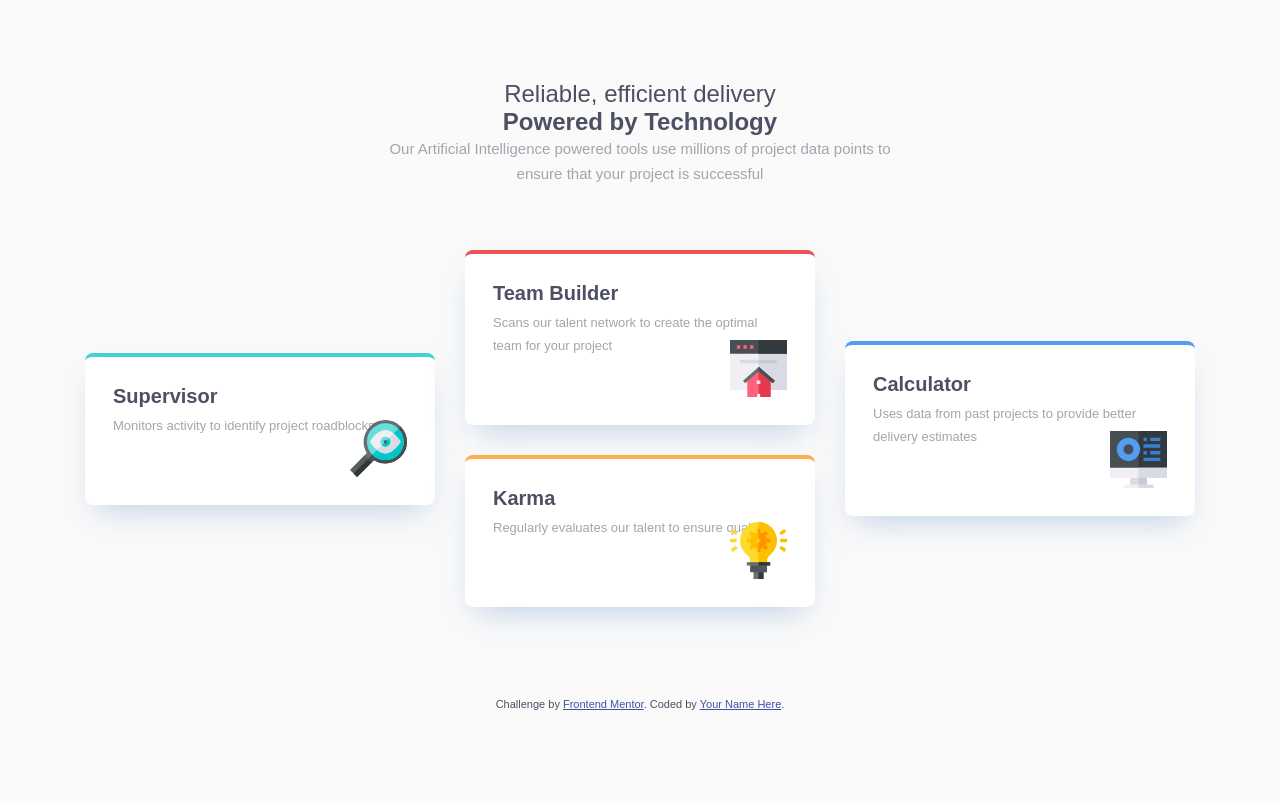
Repository: AngelaMwelu/four-card-page
Page: index.html
These files come from the project's save history. The page is drawn as it stood at one moment and after the next save; the edit follows.
The browser window is 1280 px wide. The pictures show the whole page.

Above is the page before, as saved 2025-05-21 09:55:17.

After the next save:
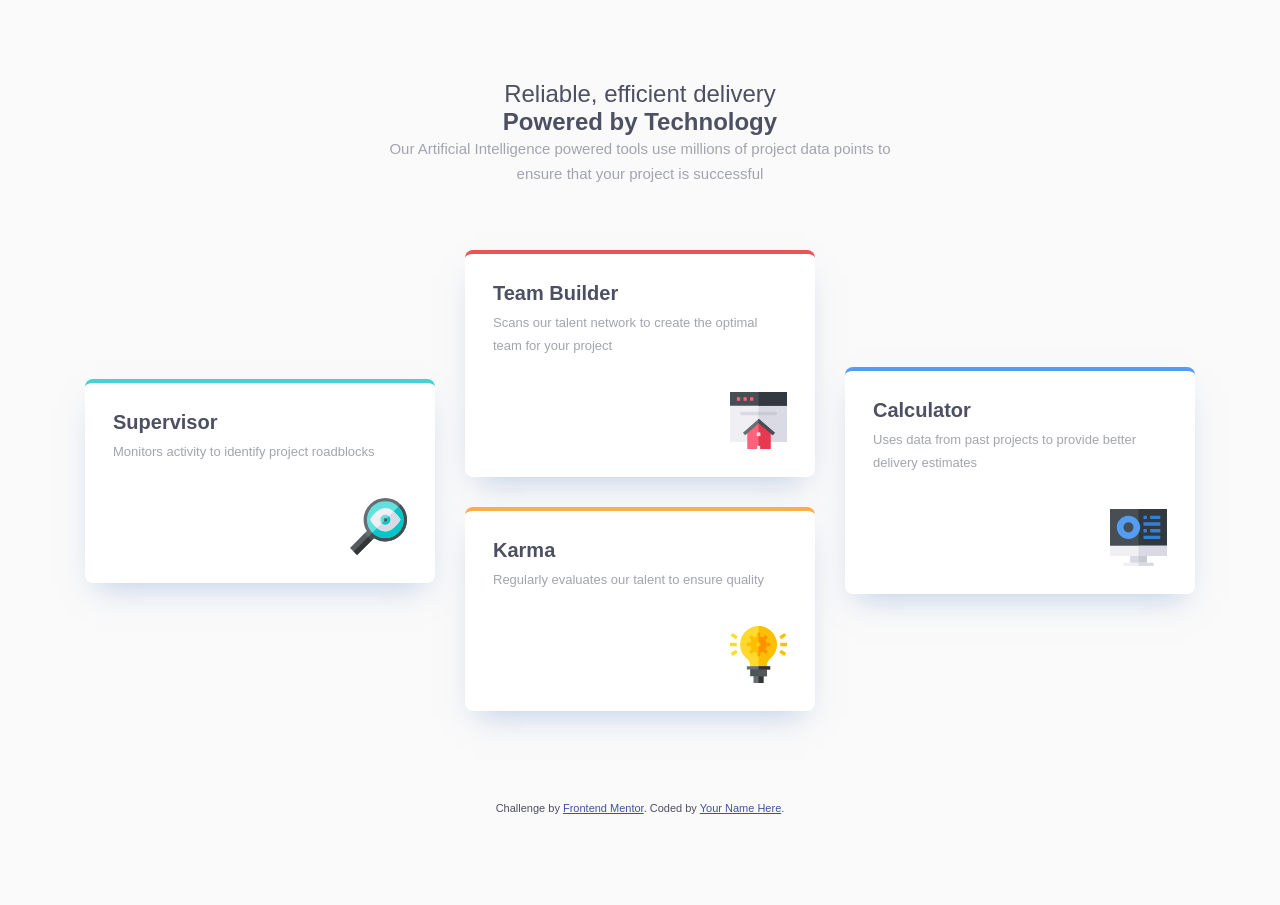
Saved 4 s later.
--- a/style.css
+++ b/style.css
@@ -115,6 +115,10 @@
 }
 
 /* Card icons (add these in your HTML) */
+.Supervisor, .Team-Builder, .Karma, .Calculator {
+  position: relative; /* Essential for absolute positioning of icons */
+  padding-bottom: 80px; /* Prevents text overlap (adjust as needed) */
+}
 
 .Supervisor::after,
 .Team-Builder::after,

After the 6 saves that followed:
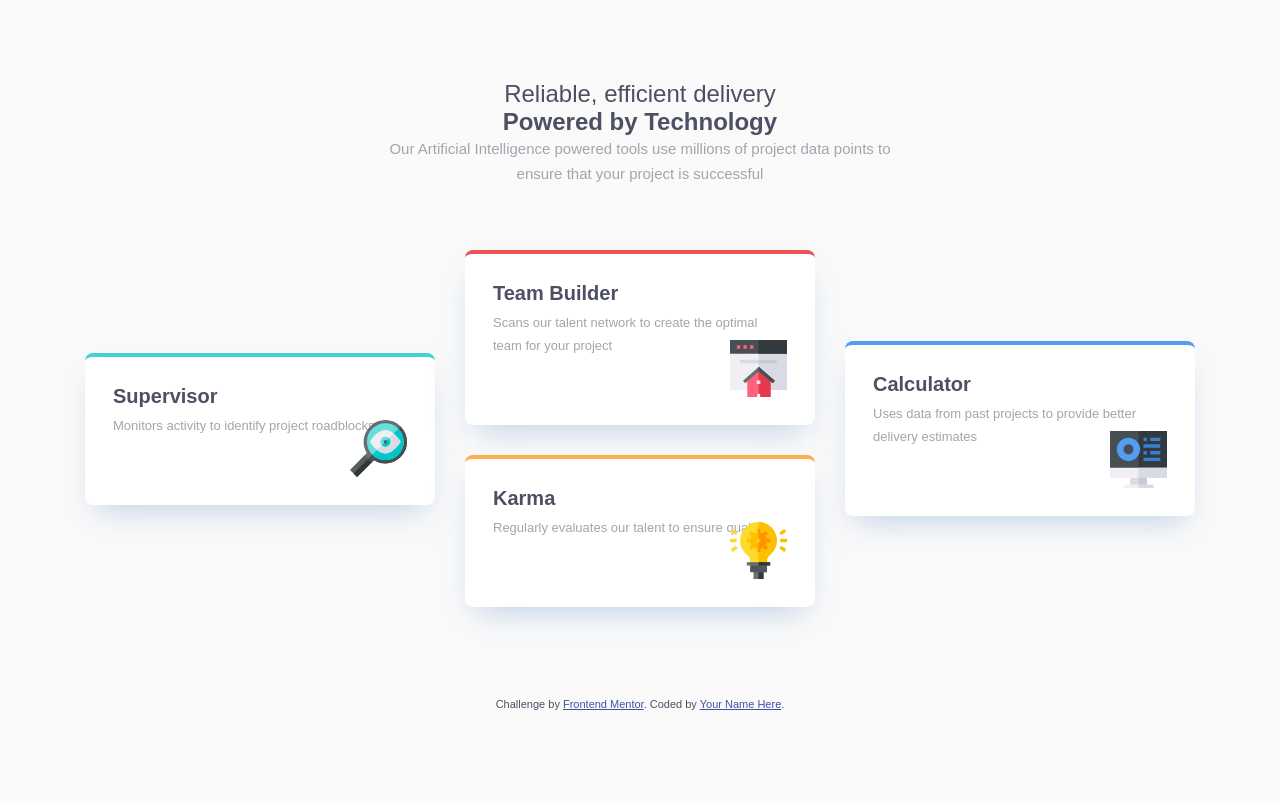
The 6 saves are shown as one change because 5 left the picture as it was.
The last was saved 55 s later.
--- a/style.css
+++ b/style.css
@@ -115,9 +115,11 @@
 }
 
 /* Card icons (add these in your HTML) */
-.Supervisor, .Team-Builder, .Karma, .Calculator {
-  position: relative; /* Essential for absolute positioning of icons */
-  padding-bottom: 80px; /* Prevents text overlap (adjust as needed) */
+.Supervisor,
+.Team-Builder,
+ .Karma,
+ .Calculator {
+  position: relative; ;
 }
 
 .Supervisor::after,
